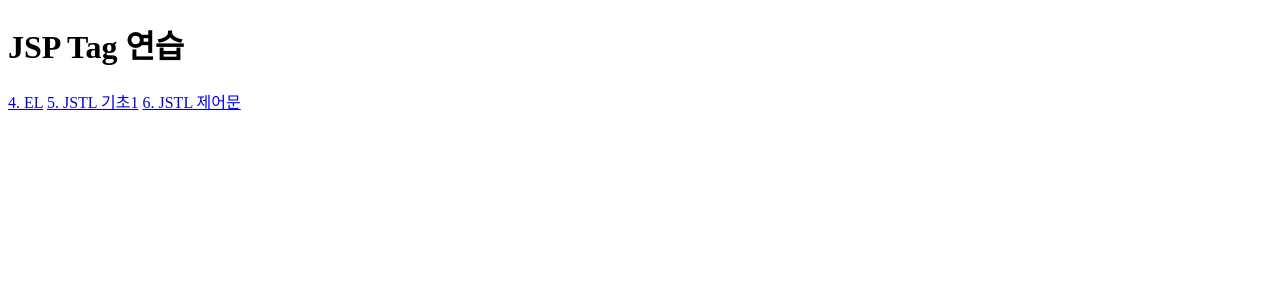
Repository: emthrology/servertest
Page: apache/jspTag/WebContent/index.html
An editor plug-in stored every save of this project. The page is shown before and after the next save, followed by the edit.
The browser window is 1280 px wide. The pictures show the whole page.

Above is the page before, as saved 2019-05-16 04:54:14.

After the next save:
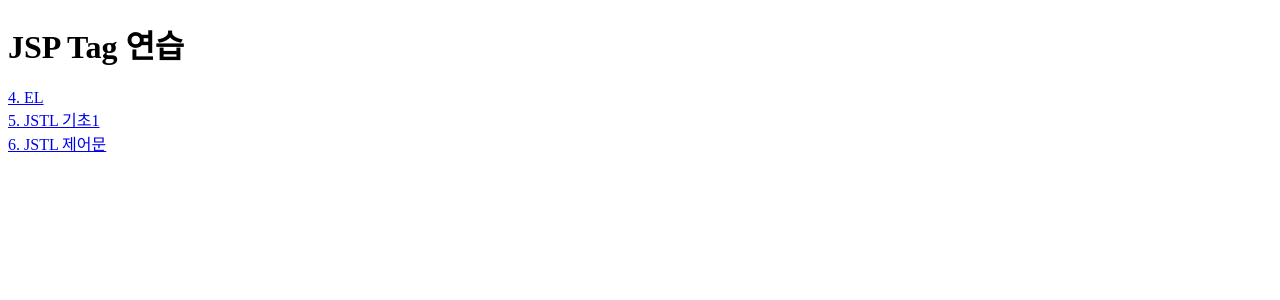
Saved 33 s later.
--- a/apache/jspTag/WebContent/index.html
+++ b/apache/jspTag/WebContent/index.html
@@ -6,8 +6,8 @@
 </head>
 <body>
 	<h1>JSP Tag 연습</h1>
-	<a href="/jsp/">4. EL</a>
-	<a href="/jsp/JSTL/jsp_JSTL_Basic1.jsp">5. JSTL 기초1</a>
+	<a href="/jsp/">4. EL</a><br>
+	<a href="/jsp/JSTL/jsp_JSTL_Basic1.jsp">5. JSTL 기초1</a><br>
 	<a href="/jsp/JSTL/jsp_JSTL.jsp">6. JSTL 제어문</a>
 </body>
 </html>
